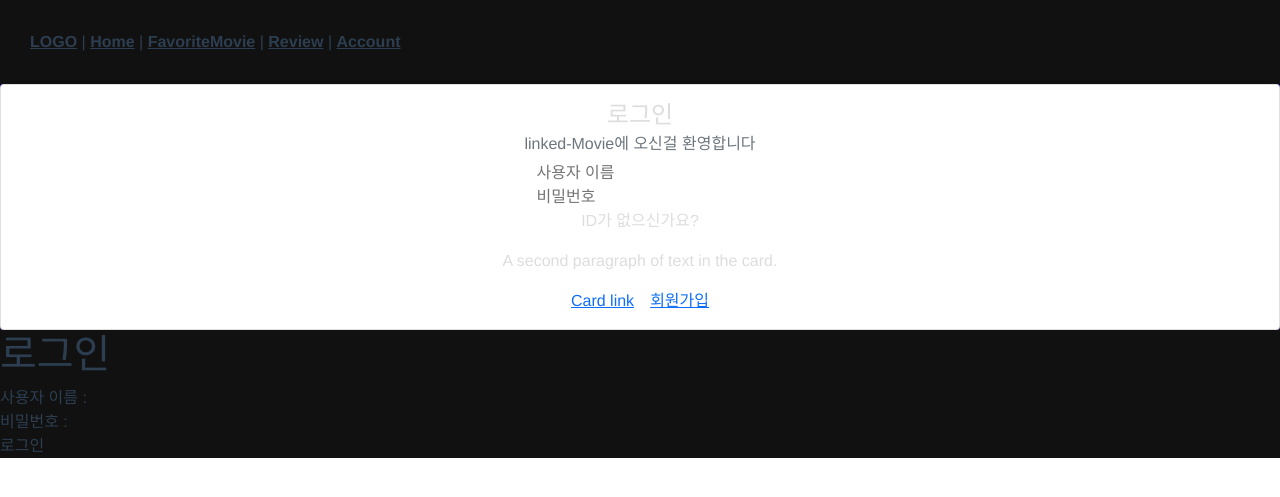
Repository: chomyoenggeun/linkedmovie
Page: /account/login (app in front/)
An editor plug-in stored every save of this project. The page is shown before and after the next save, followed by the edit.
The browser window is 1280 px wide. The pictures show the whole page.
The project was rebuilt for these pictures with package versions that can differ from the ones it lists, and the page was loaded fresh each time. Also part of the build but not shown: front/vue.config.js, front/src/components/MovieCard.vue, front/src/views/Home.vue, front/src/views/accounts/Account.vue, front/src/views/accounts/Signup.vue, front/src/views/FavoriteMovie.vue, front/src/views/Mypage.vue, front/src/components/DmovieReviewItem.vue and 10 more.

Above is the page before, as saved 2021-11-24 04:58:48.

After the next save:
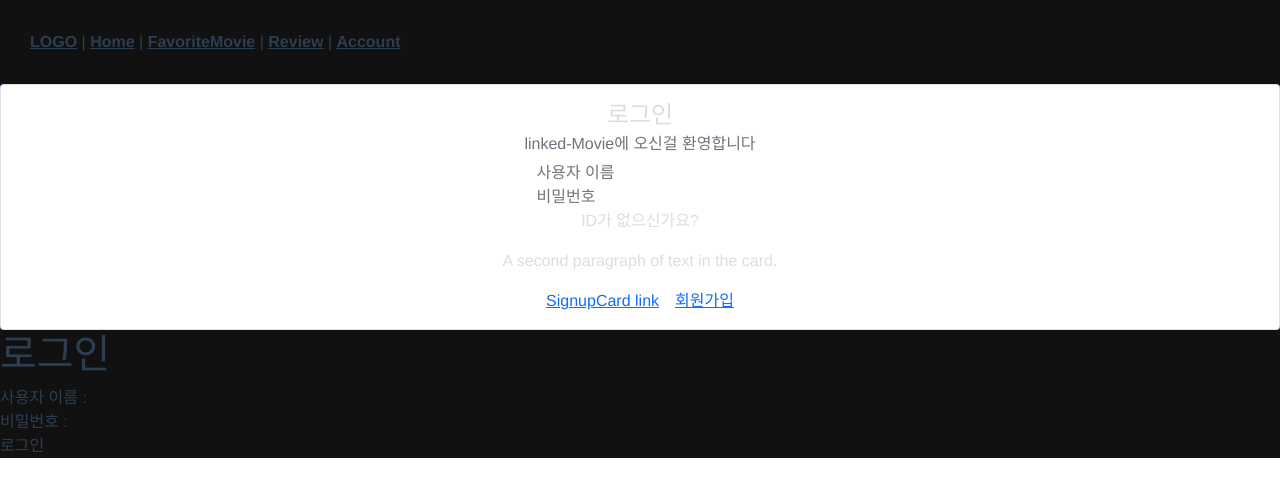
Saved 17 s later.
--- a/front/src/views/accounts/Login.vue
+++ b/front/src/views/accounts/Login.vue
@@ -57,7 +57,7 @@
         </b-card-text>
 
         <b-card-text>A second paragraph of text in the card.</b-card-text>
-
+        <router-link to="/account/signup">Signup</router-link>
         <a href="#" class="card-link">Card link</a>
         <b-link class="card-link">회원가입</b-link>
       </b-card>
